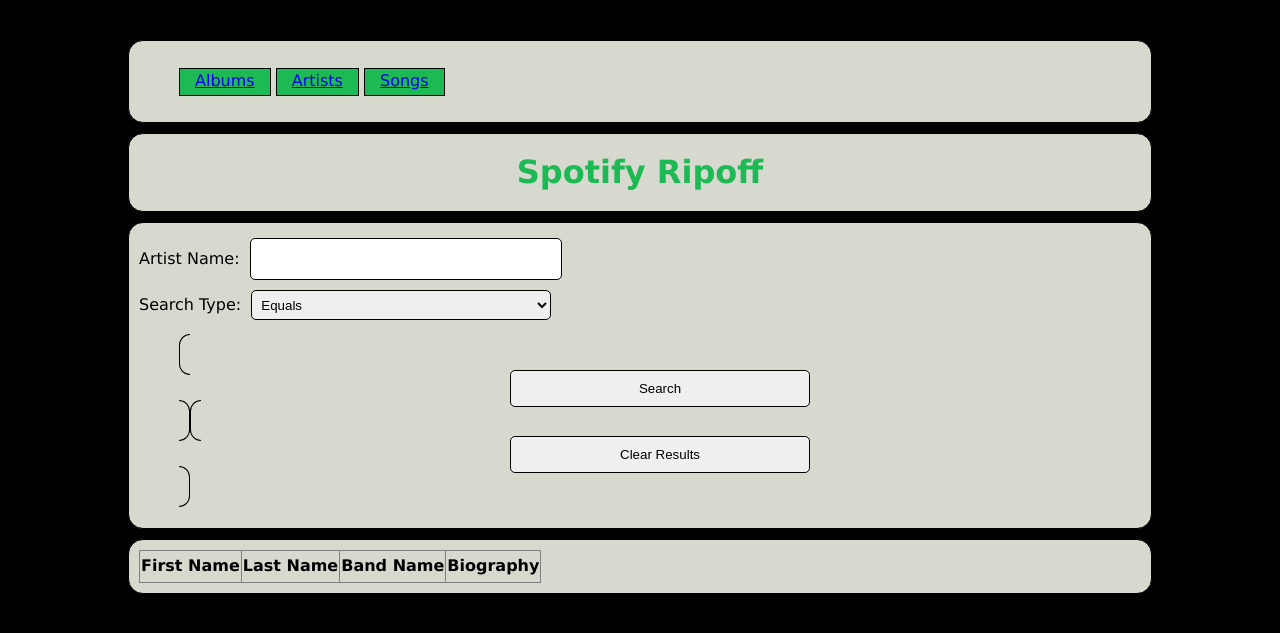
Repository: RRGTHWAR/bkg16_INFSCI1017
Page: bkg16_Music_FinalProject/WebContent/artist.html
An editor plug-in stored every save of this project. The page is shown before and after the next save, followed by the edit.
The browser window is 1280 px wide. The pictures show the whole page.

Above is the page before, as saved 2019-04-07 20:45:11.

After the next save:
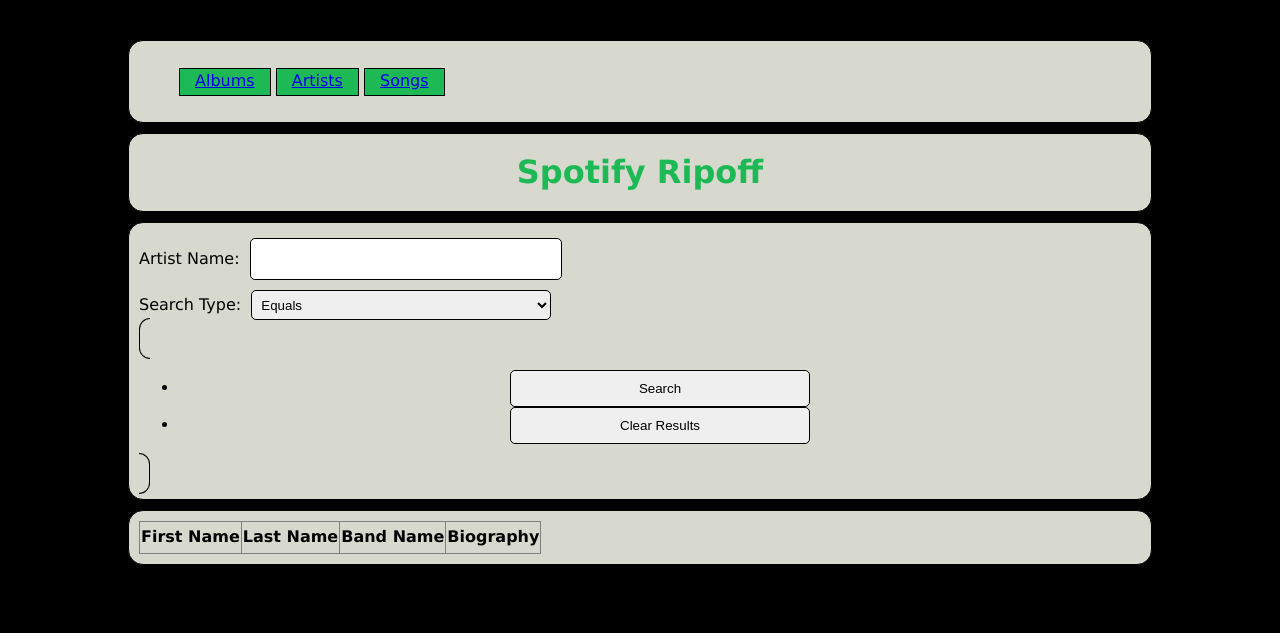
Saved 51 s later.
--- a/bkg16_Music_FinalProject/WebContent/css/style.css
+++ b/bkg16_Music_FinalProject/WebContent/css/style.css
@@ -81,7 +81,7 @@
 	margin: 0 auto;
 }
 
-#buttons ul li {
+#buttons {
 	background-color: #D7D9CE;
 	border: 1px solid #000;
 	padding: 10px;
